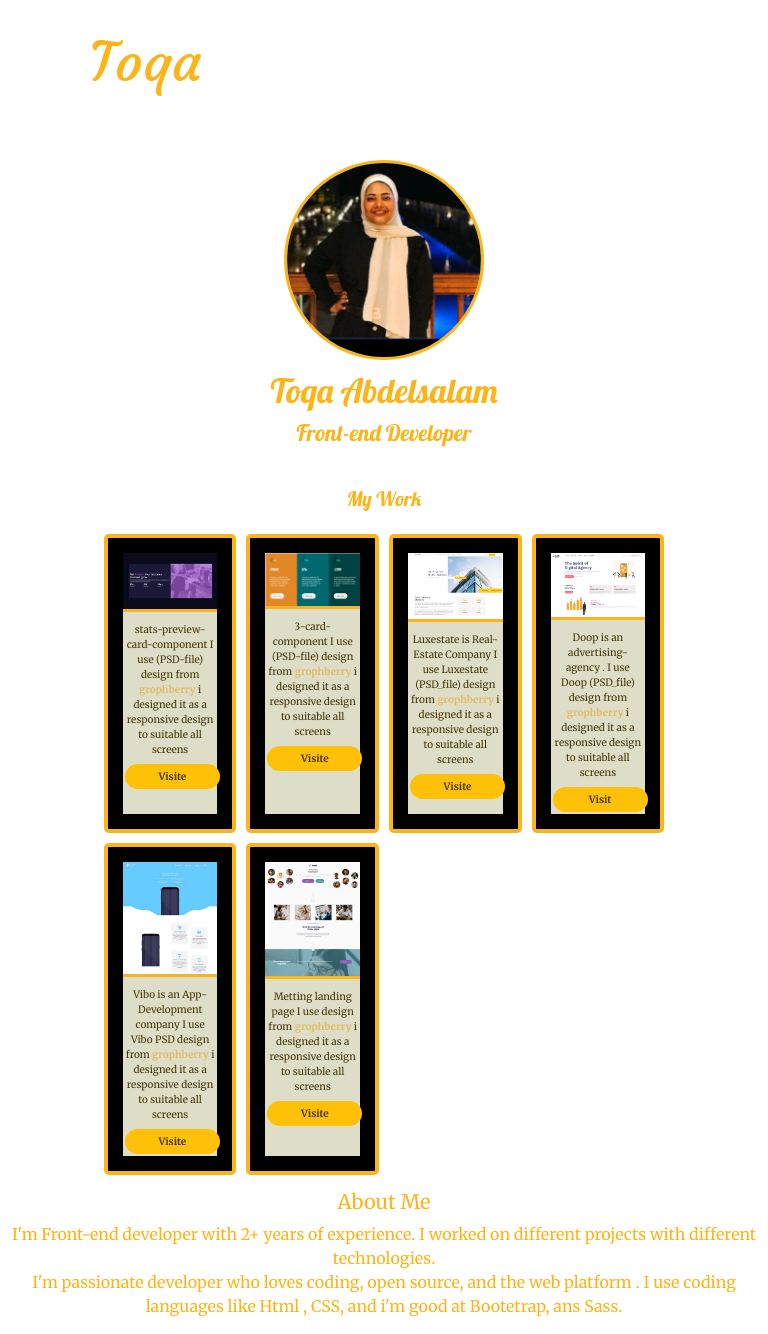
Repository: Toqa-25/portfolio
Page: index.html
The author's editor kept a copy of each file at every save. The page is drawn from the files as they stood at one save, then again after the next save.
The browser window is 768 px wide. The pictures show the whole page.
Some web fonts or font styles are not loaded; a fallback is used.

Above is the page before, as saved 2021-10-31 16:08:49.

After the next save:
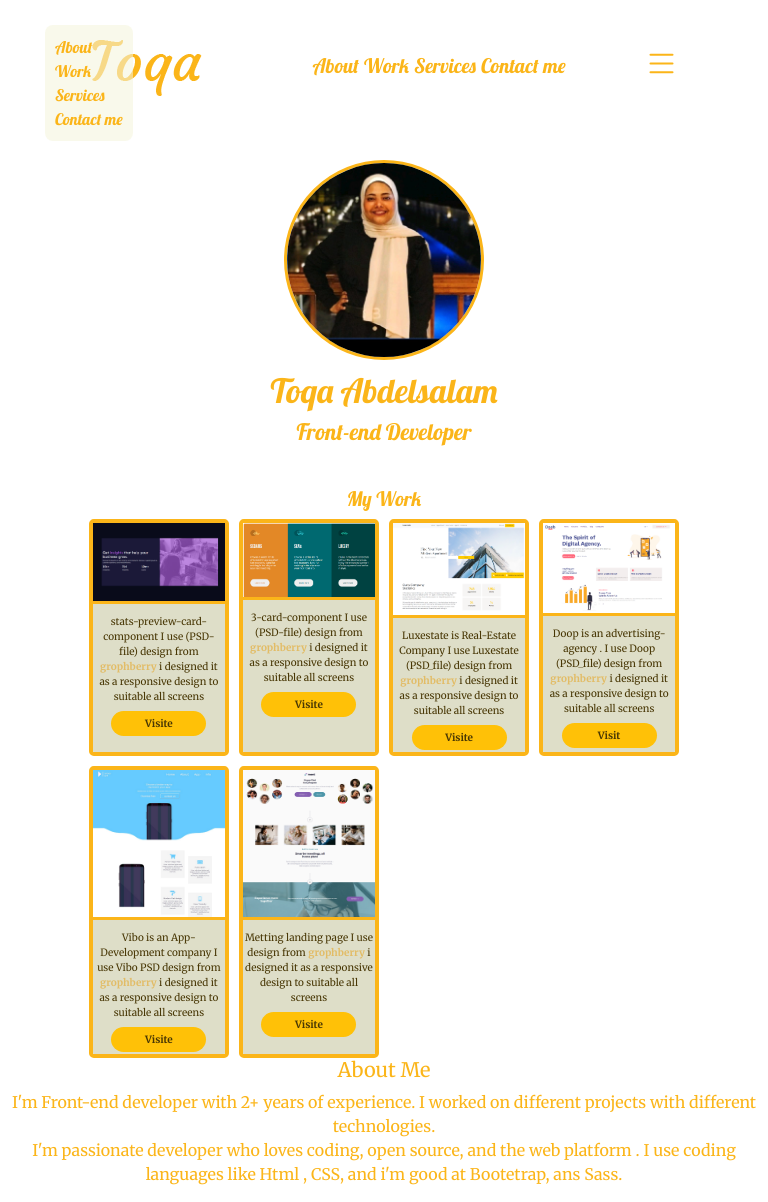
Saved 53 s later.
--- a/css/style.css
+++ b/css/style.css
@@ -82,7 +82,7 @@
 
  }
 /* media quary for header*/
- @media (max-width: 768px){
+ /* @media (max-width: 768px){
   nav .list {
       display: none;
   }
@@ -114,7 +114,7 @@
 .hidden-bar li:hover{
  padding: 5px;
  font-size: 25px;
-}
+} */
 /*
     my image style
 ***********************

After the save that followed:
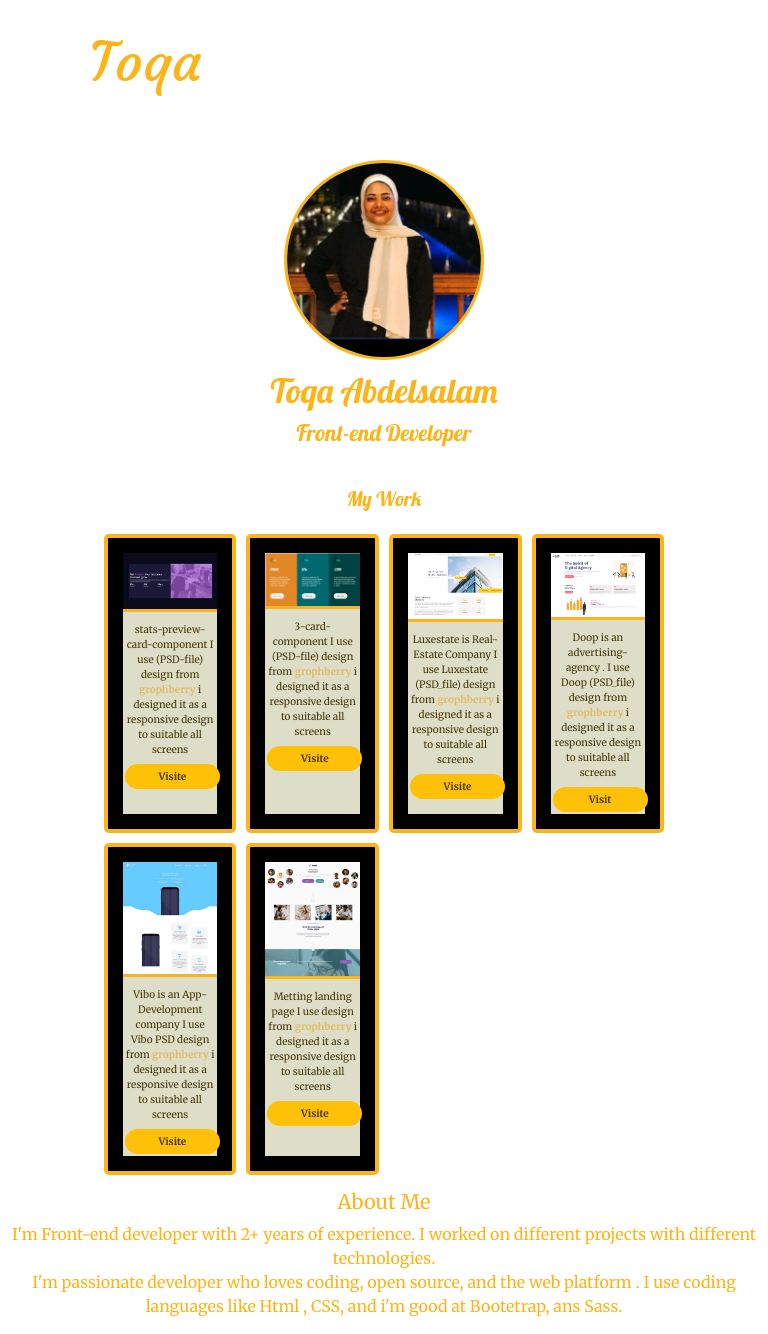
Saved 5 s later.
--- a/css/style.css
+++ b/css/style.css
@@ -82,7 +82,7 @@
 
  }
 /* media quary for header*/
- /* @media (max-width: 768px){
+ @media (max-width: 768px){
   nav .list {
       display: none;
   }
@@ -114,7 +114,7 @@
 .hidden-bar li:hover{
  padding: 5px;
  font-size: 25px;
-} */
+}
 /*
     my image style
 ***********************
